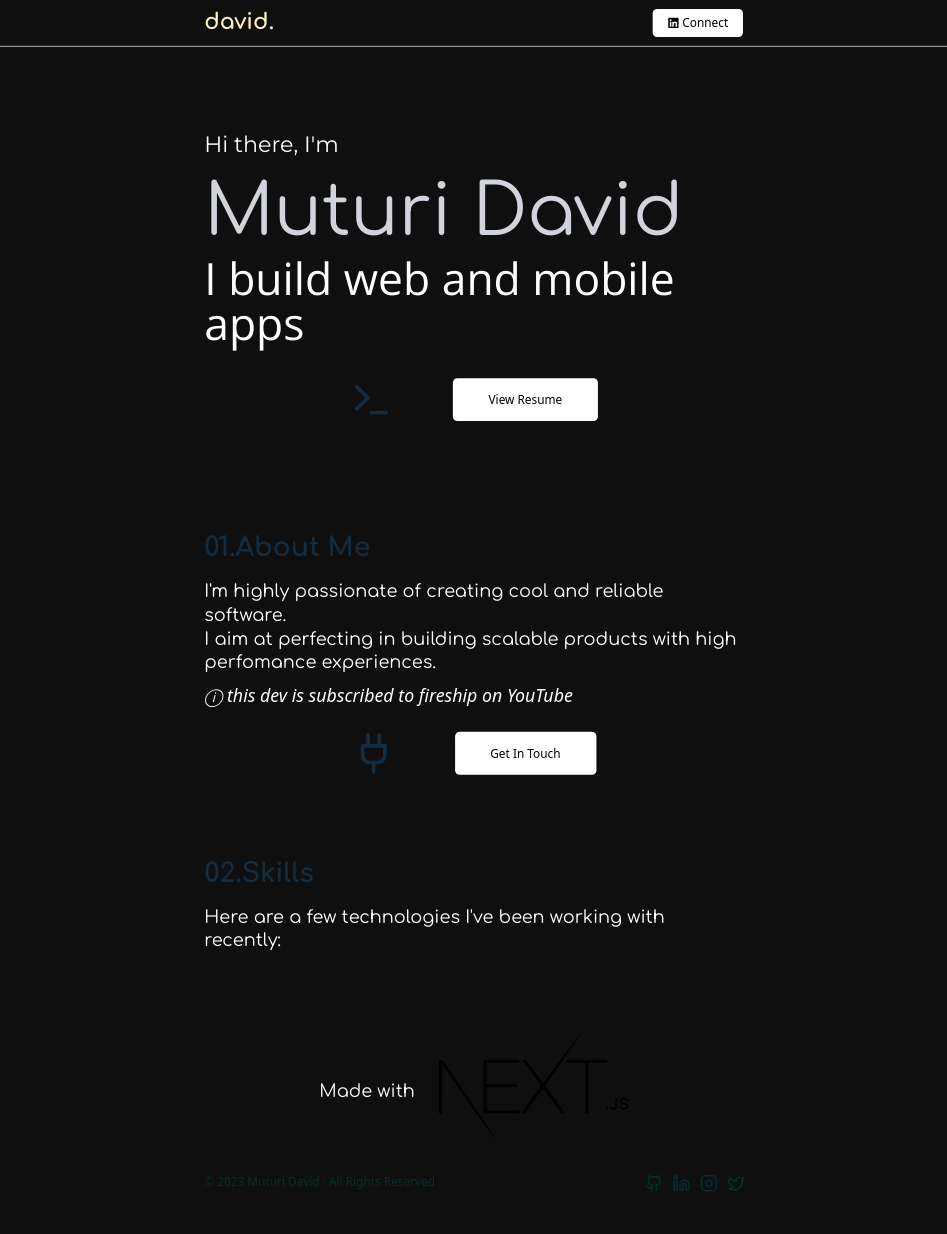
Repository: tushcmd/tushdev-portfolio
Page: /
These files come from the project's save history. The page is drawn as it stood at one moment and after the next save; the edit follows.
The browser window is 1280 px wide. The pictures show the whole page, at 74% of full size.
The project was rebuilt for these pictures with package versions that can differ from the ones it lists, and the page was loaded fresh each time. The framework's server and built-in components were replaced by stand-ins that run in the browser. Also part of the build but not shown: next.config.js.

Above is the page before, as saved 2023-12-16 01:31:28.

After the next save:
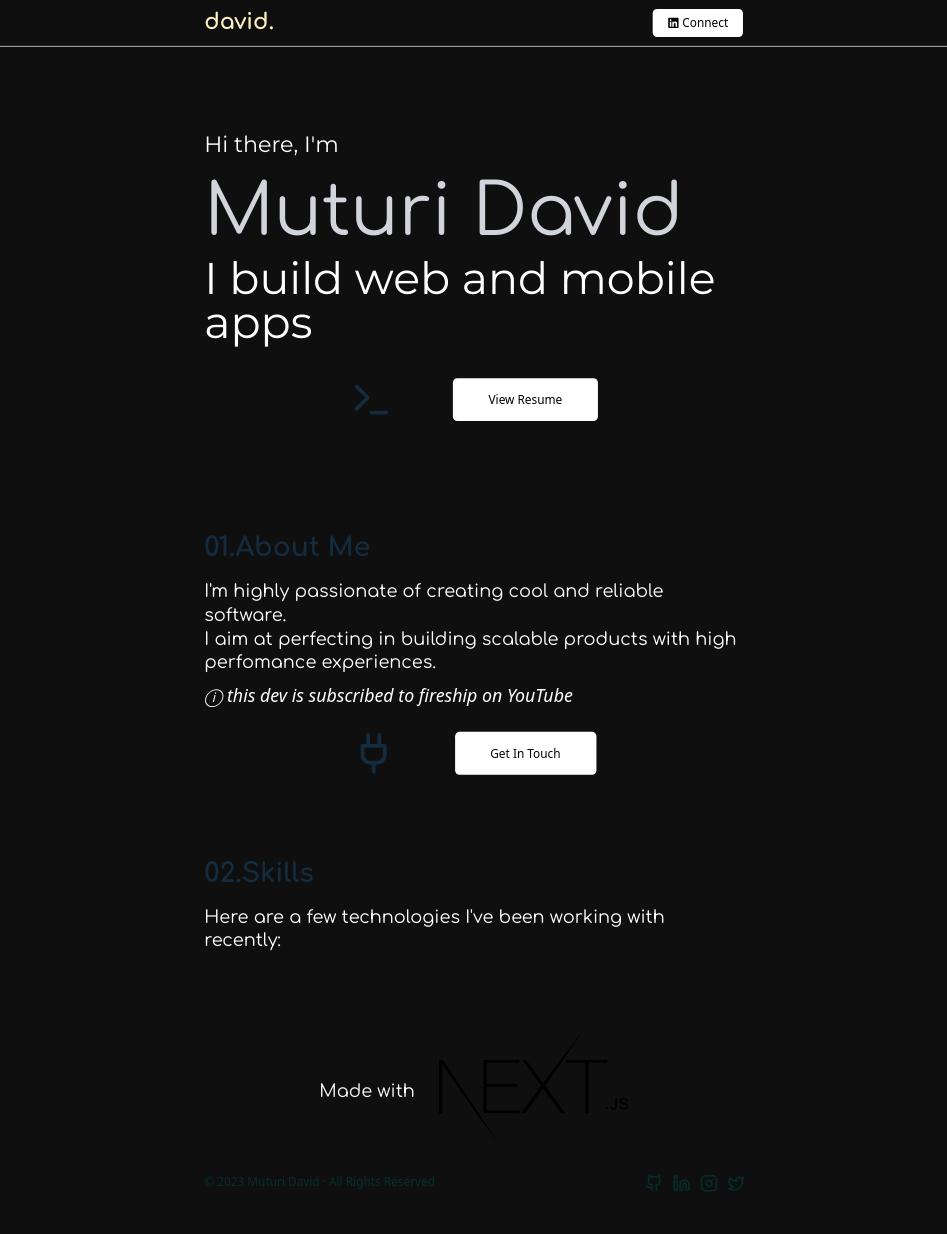
Saved 24 s later.
--- a/app/ui/hero.tsx
+++ b/app/ui/hero.tsx
@@ -17,7 +17,7 @@ export default async function Hero() {
         >
           {hero.name}
         </h6>
-        <p className={`${opensans.className} text-4xl md:text-6xl text-white`}>
+        <p className={`${montserrat.className} text-4xl md:text-6xl text-white`}>
           {hero.paragraph}
         </p>
       </div>
